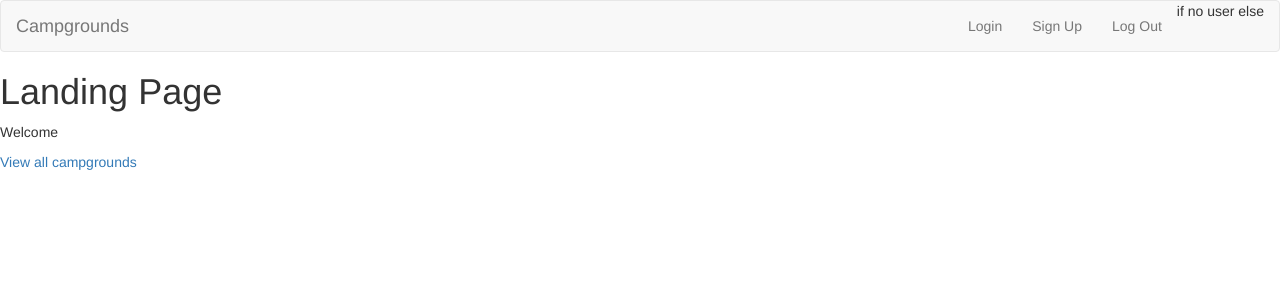
Repository: pichu0528/Web-Development
Page: http://localhost/
The author's editor kept a record of every edit. The page is drawn from the files as they stood at one moment, then again after the next edit.
The browser window is 1280 px wide. The pictures show the whole page.
The page is served by the project's Node server (YelpCamp/v6/app.js). Other server files are loaded and not shown.

Above is the page before.
Console error (its wording comes from the project's code and is left out).

### YelpCamp/v6/views/landing.ejs
<%include partials/header %>

<h1>Landing Page</h1>

<p>Welcome</p>

<a href="/campgrounds">View all campgrounds</a>

<%include partials/footer %>

### YelpCamp/v6/views/partials/header.ejs
<!DOCTYPE html>
<html>
    <head>
        <title>YelpCamp</title>
        <script src="//maxcdn.bootstrapcdn.com/bootstrap/3.3.5/js/bootstrap.min.js"></script>
        <link rel="stylesheet" href="//maxcdn.bootstrapcdn.com/bootstrap/3.3.5/css/bootstrap.min.css">
        <link rel="stylesheet" href="/stylesheets/main.css">
    </head>
    <body>
        <nav class="navbar navbar-default">
            <div class="container-fluid">
                <div class="navbar-header">
                    <a class="navbar-brand" href="/">Campgrounds</a>
                </div>
                <div class="collapse navbar-collapse">
                    <ul class="nav navbar-nav navbar-right">
                        if no user
                            <li><a href="/login">Login</a></li>
                            <li><a href="/register">Sign Up</a></li>
                        else
                        <li><a href="/logout">Log Out</a></li>
                    </ul>
                </div>
            </div>
        </nav>

### YelpCamp/v6/app.js
var express       = require("express"),
    app           = express(),
    bodyparser    = require("body-parser"),
    mongoose      = require("mongoose"),
    passport      = require("passport"),
    LocalStrategy = require("passport-local"),
    Campground    = require("./models/campground.js"),
    Comment       = require("./models/comment"),
    User          = require("./models/user"),
    seedDB        = require("./seeds");

/*Connecting to Mongo Database*/
mongoose.connect("mongodb://localhost:27017/yelp_camp",{ useNewUrlParser: true });



// var campgrounds = [
//     {name: "Mountain", image:"https://upload.wikimedia.org/wikipedia/commons/thumb/6/6e/Monasterio_Khor_Virap%2C_Armenia%2C_2016-10-01%2C_DD_25.jpg/1200px-Monasterio_Khor_Virap%2C_Armenia%2C_2016-10-01%2C_DD_25.jpg"},
//     {name: "Ocean", image:"https://kids.nationalgeographic.com/content/dam/kids/photos/articles/Nature/H-P/Habitats/Ocean/wave.ngsversion.1500050062134.adapt.1900.1.jpg"},
//     {name: "Jungle", image:"https://www.geckosadventures.com/sites/geckos/files/styles/low-quality/public/elements/product/hero/ecuador-amazon-jungle-river.jpg"},{name: "Mountain", image:"https://upload.wikimedia.org/wikipedia/commons/thumb/6/6e/Monasterio_Khor_Virap%2C_Armenia%2C_2016-10-01%2C_DD_25.jpg/1200px-Monasterio_Khor_Virap%2C_Armenia%2C_2016-10-01%2C_DD_25.jpg"},
//     {name: "Ocean", image:"https://kids.nationalgeographic.com/content/dam/kids/photos/articles/Nature/H-P/Habitats/Ocean/wave.ngsversion.1500050062134.adapt.1900.1.jpg"},
//     {name: "Jungle", image:"https://www.geckosadventures.com/sites/geckos/files/styles/low-quality/public/elements/product/hero/ecuador-amazon-jungle-river.jpg"},{name: "Mountain", image:"https://upload.wikimedia.org/wikipedia/commons/thumb/6/6e/Monasterio_Khor_Virap%2C_Armenia%2C_2016-10-01%2C_DD_25.jpg/1200px-Monasterio_Khor_Virap%2C_Armenia%2C_2016-10-01%2C_DD_25.jpg"},
//     {name: "Ocean", image:"https://kids.nationalgeographic.com/content/dam/kids/photos/articles/Nature/H-P/Habitats/Ocean/wave.ngsversion.1500050062134.adapt.1900.1.jpg"},
//     {name: "Jungle", image:"https://www.geckosadventures.com/sites/geckos/files/styles/low-quality/public/elements/product/hero/ecuador-amazon-jungle-river.jpg"}
// ];

app.use(bodyparser.urlencoded({extended:true}));
app.set("view engine", "ejs");
app.use(express.static(__dirname + "/public")); // linking CSS stylesheet
//seedDB();

// Passport Configuration
app.use(require("express-session")({
    secret: "This can be anything that we want",
    resave: false,
    saveUninitialized: false
}));
app.use(passport.initialize());
app.use(passport.session());
passport.use(new LocalStrategy(User.authenticate()));
passport.serializeUser(User.serializeUser());
passport.deserializeUser(User.deserializeUser());

// Middleware - Passing {currentUser: req.user} into every route
app.use(function(req,res,next){
    res.locals.currentUser = req.user;
    next();
});

app.get("/", function(req,res){
   res.render("landing");
});

//INDEX - show all campgrounds
app.get("/campgrounds", function(req, res){
    // Get all campgrounds from DB
    Campground.find({},function(err,allCampgrounds){
        if(err){
            console.log(err);
        }
        else{
            res.render("campgrounds/index",{campgrounds:allCampgrounds});
        }
    })
    // res.render("campgrounds",{campgrounds:campgrounds});
});

// CREATE - add campground to DB
app.post("/campgrounds", function(req,res){
   // get data from form and add to campgrounds array
   var name= req.body.name;
   var image=req.body.image;
   var desc = req.body.description;
   var newCampground = {name: name, image: image, description: desc};
   // Create a new campground and save to DB
   Campground.create(newCampground, function(err,newlyCreated){
       if(err){
           console.log(err);
       }
       else{
           res.redirect("/campgrounds");
       }
   });
   // campgrounds.push(newCampground);
   // redirect back to campgrounds page
   // res.redirect("/campgrounds");
});

// NEW - show form to create new campground
app.get("/campgrounds/new", function(req,res){
   res.render("campgrounds/new");
});

// SHOW - shows more info about one campground
app.get("/campgrounds/:id", function(req,res){
    // find the campground with provided ID
    Campground.findById(req.params.id).populate("comments").exec( function(err,foundCampground){
        if(err){
            console.log(err);
        }
        else{
            console.log(foundCampground);
            // render show template with that campground
            res.render("campgrounds/show", {campground: foundCampground});
        }
    });
});

// ===============================
// Comment Routes
// ===============================

app.get("/campgrounds/:id/comments/new", isLoggedIn, function(req,res){
    // Find campground by id
    Campground.findById(req.params.id, function(err,campground){
        if(err){
            console.log(err);
        }else{
            res.render("comments/new",{campground:campground});
        }
    });

});

app.post("/campgrounds/:id/comments", isLoggedIn, function(req,res){
    // Lookup campground using ID
    Campground.findById(req.params.id, function(err, campground){
        if(err){
            console.log(err);
            res.redirect("/campgrounds");
        }else{
            // Create new comment
            Comment.create(req.body.comment, function(err,comment){
                if(err){
                    console.log(err);
                }else{
                    // Connect new comment to campground
                    campground.comments.push(comment);
                    campground.save();
                    // Redirect to campground showpage
                    res.redirect("/campgrounds/" + campground._id);
                }
            });
        }
    });
});

// ===============================
// Auth Routes
// ===============================

// Show Register Form
app.get("/register", function(req,res){
    res.render("register");
});
// Handle Signup Logic
app.post("/register", function(req,res){
    var newUser = new User({username: req.body.username});
    User.register(newUser, req.body.password, function(err,user){
        if(err){
            console.log(err);
            return res.render("register");
        }
        passport.authenticate("local")(req,res,function(){
            res.redirect("/campgrounds");
        });
    });
});

// Show Login Form
app.get("/login", function(req,res){
    res.render("login");
});
// Handle Login Logic
app.post("/login", passport.authenticate("local", {
    successRedirect: "/campgrounds",
    failureRedirect: "/login"
}), function(req,res){

});

// Logout Logic
app.get("/logout", function(req,res){
    req.logout();
    res.redirect("/campgrounds");
});

function isLoggedIn(req, res, next){
    if(req.isAuthenticated()){
        return next();
    }
    res.redirect("/login");
}

app.listen(process.env.PORT, process.env.IP, function(){
   console.log("YelpCamp Started");
});

### YelpCamp/v6/public/stylesheets/main.css
.thumbnail{
    padding:0;
}
.thumbnail img{
    width:100%;
}
.thumbnail .caption-full{
    padding:9px;
}

Loaded but not shown: YelpCamp/v6/views/partials/footer.ejs (common file)

After the next edit:
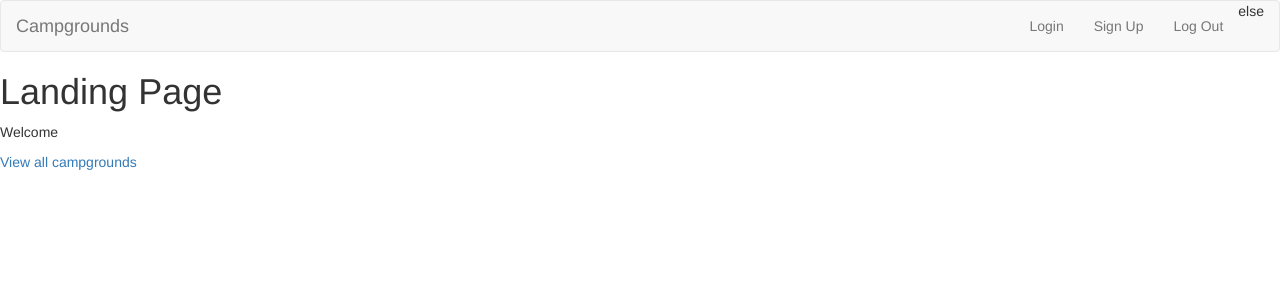
The edit:
--- a/YelpCamp/v6/views/partials/header.ejs
+++ b/YelpCamp/v6/views/partials/header.ejs
@@ -14,7 +14,7 @@
                 </div>
                 <div class="collapse navbar-collapse">
                     <ul class="nav navbar-nav navbar-right">
-                        if no user
+                        <!--if no user-->
                             <li><a href="/login">Login</a></li>
                             <li><a href="/register">Sign Up</a></li>
                         else
